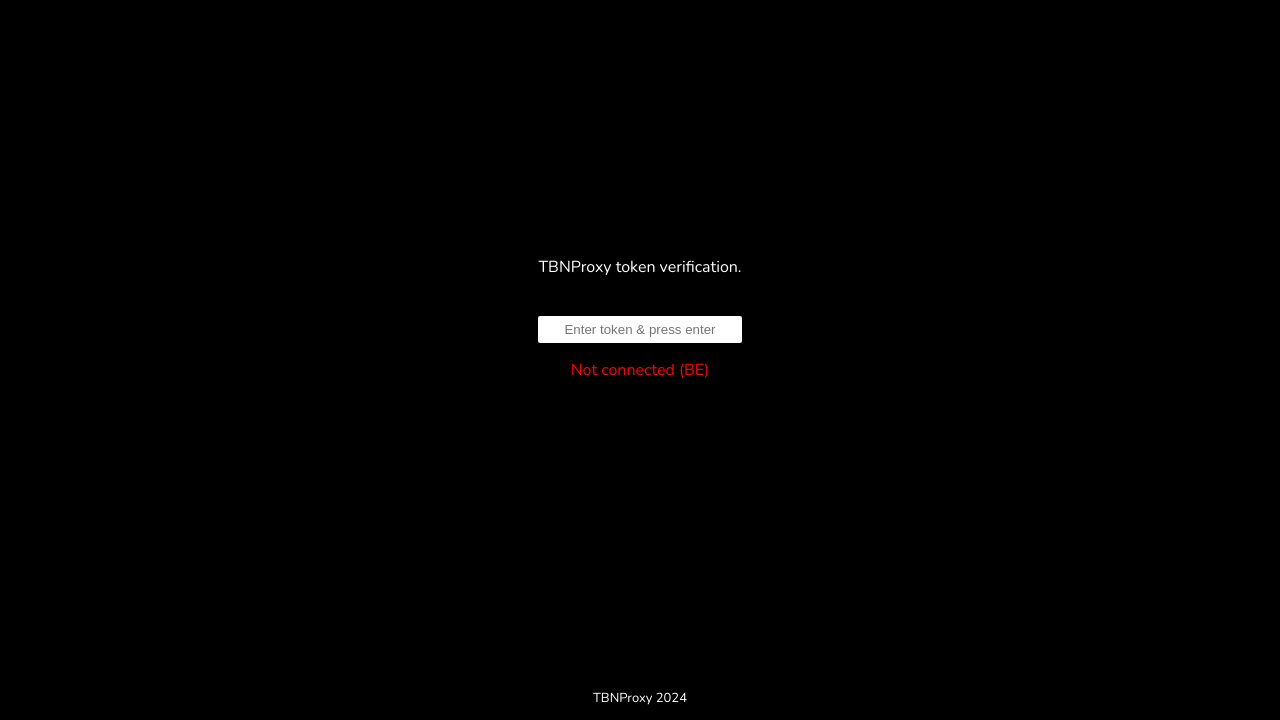
Repository: txdr/TBNProxyJS
Page: smdjd/desktop-views/index.html
An editor plug-in stored every save of this project. The page is shown before and after the next save, followed by the edit.
The browser window is 1280 px wide. The pictures show the whole page.
The page's requests for data from a server got no answer.

Above is the page before, as saved 2025-01-07 16:41:56.
Console error: TypeError: Cannot read properties of undefined (reading 'value')

After the next save:
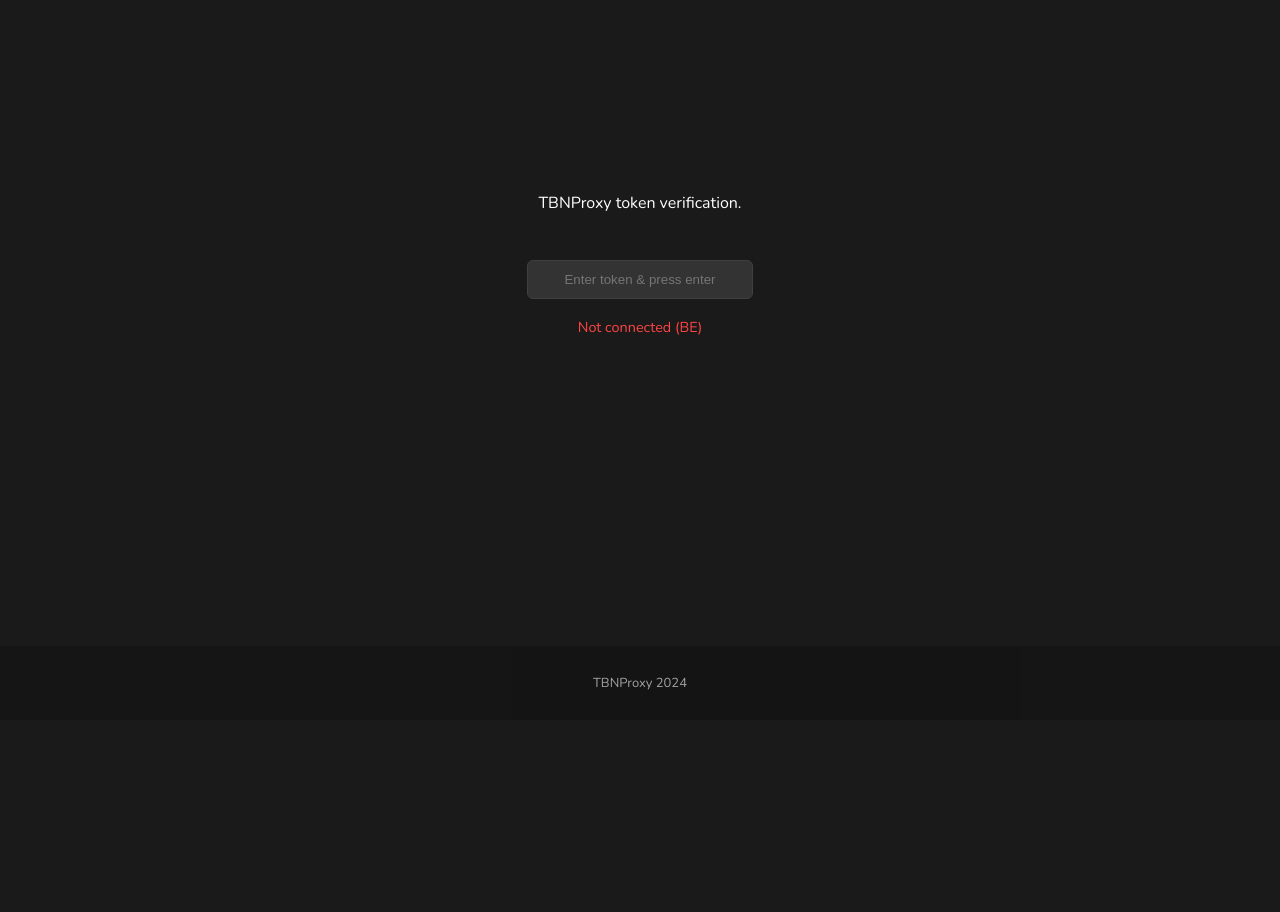
Saved 51 s later.
--- a/smdjd/desktop-views/css/style.css
+++ b/smdjd/desktop-views/css/style.css
@@ -1,102 +1,106 @@
 body {
-    background: black;
-
+    background: #1a1a1a;
     margin: 0;
-    height: 150px;
-    font-family: "nunito", "sans-serif";
+    min-height: 100vh;
+    font-family: "Nunito", sans-serif;
+    color: #ffffff;
 }
 
 .infoBox {
     display: inline-block;
-    margin: 30px;
-    padding: 10px;
-    background-color: gray;
-    border-radius: 10px;
-    border: dimgrey;
+    margin: 20px;
+    padding: 20px;
+    background-color: #2a2a2a;
+    border-radius: 12px;
     text-align: center;
     color: white;
-    width: 250px;
-    height: 200px;
+    width: 280px;
+    height: 220px;
+    box-shadow: 0 4px 6px rgba(0, 0, 0, 0.1);
+    transition: transform 0.2s, box-shadow 0.2s;
+}
+
+.infoBox:hover {
+    transform: translateY(-2px);
+    box-shadow: 0 6px 12px rgba(0, 0, 0, 0.15);
 }
 
 .infoBox hr {
-    width: 50%;
+    width: 60%;
+    border: none;
+    height: 1px;
+    background: rgba(255, 255, 255, 0.1);
+    margin: 15px auto;
 }
 
 button {
     border: none;
     text-align: center;
+    padding: 8px 16px;
+    font-family: "Nunito", sans-serif;
+    font-weight: 600;
+    cursor: pointer;
+    transition: all 0.2s;
 }
 
 .infoBox p {
     padding: 0;
-    margin: 0;
+    margin: 8px 0;
 }
 
 .infoBox button {
-    background-color: black;
-    border-color: transparent;
-    border-radius: 2px;
+    background-color: #4a4a4a;
     color: white;
-    width: 120px;
-    height: 35px;
+    border-radius: 6px;
+    width: 140px;
+    height: 40px;
+    margin: 10px 0;
 }
 
-#home {
-    color: white;
+.infoBox button:hover {
+    background-color: #5a5a5a;
+    transform: translateY(-1px);
 }
 
 #token {
-    margin-top: 20%;
+    margin-top: 15%;
     color: white;
     width: 100%;
-    height: 100%;
     text-align: center;
 }
 
-textarea:focus, input:focus{
+textarea:focus, input:focus, select:focus {
     outline: none;
 }
 
-#token input {
-    border: none;
-    border-radius: 2px;
-    width: 200px;
-    height: 25px;
+#token input, #home input, #home select {
+    background: #333333;
+    border: 1px solid #404040;
+    border-radius: 6px;
+    width: 220px;
+    height: 35px;
     text-align: center;
+    color: white;
+    margin: 8px 0;
+    transition: border-color 0.2s;
 }
 
-#home input {
-    border: none;
-    border-radius: 2px;
-    width: 200px;
-    height: 25px;
-    text-align: center;
-}
-
-#home select {
-    width: 200px;
-    height: 25px;
-    text-align: center;
-    border-radius: 2px;
-    border: none;
-}
-
-#home button {
-    margin-top: 10px;
-}
-
-#home input {
-    margin-top: 5px;
+#token input:focus, #home input:focus, #home select:focus {
+    border-color: #666666;
 }
 
 #verification-error {
-    color: red;
+    color: #ff4444;
+    font-size: 0.9em;
+    margin-top: 10px;
 }
 
 #home {
     display: none;
     grid-template-columns: repeat(2, 1fr);
+    max-width: 1200px;
+    margin: 0 auto;
+    padding: 20px;
 }
 
 .footer {
@@ -104,6 +108,33 @@
     left: 0;
     bottom: 0;
     width: 100%;
-    color: white;
+    color: rgba(255, 255, 255, 0.6);
     text-align: center;
+    padding: 15px 0;
+    background: rgba(0, 0, 0, 0.2);
 }
+
+#proxyStatus {
+    font-weight: 600;
+}
+
+#proxyStatus[style*="color: red"] {
+    color: #ff4444 !important;
+}
+
+#proxyStatus[style*="color: green"] {
+    color: #44ff44 !important;
+}
+
+#serverInfo {
+    font-size: 0.9em;
+    color: rgba(255, 255, 255, 0.8);
+}
+
+#openLink {
+    background-color: #2d6cdf;
+}
+
+#openLink:hover {
+    background-color: #3d7cef;
+}
